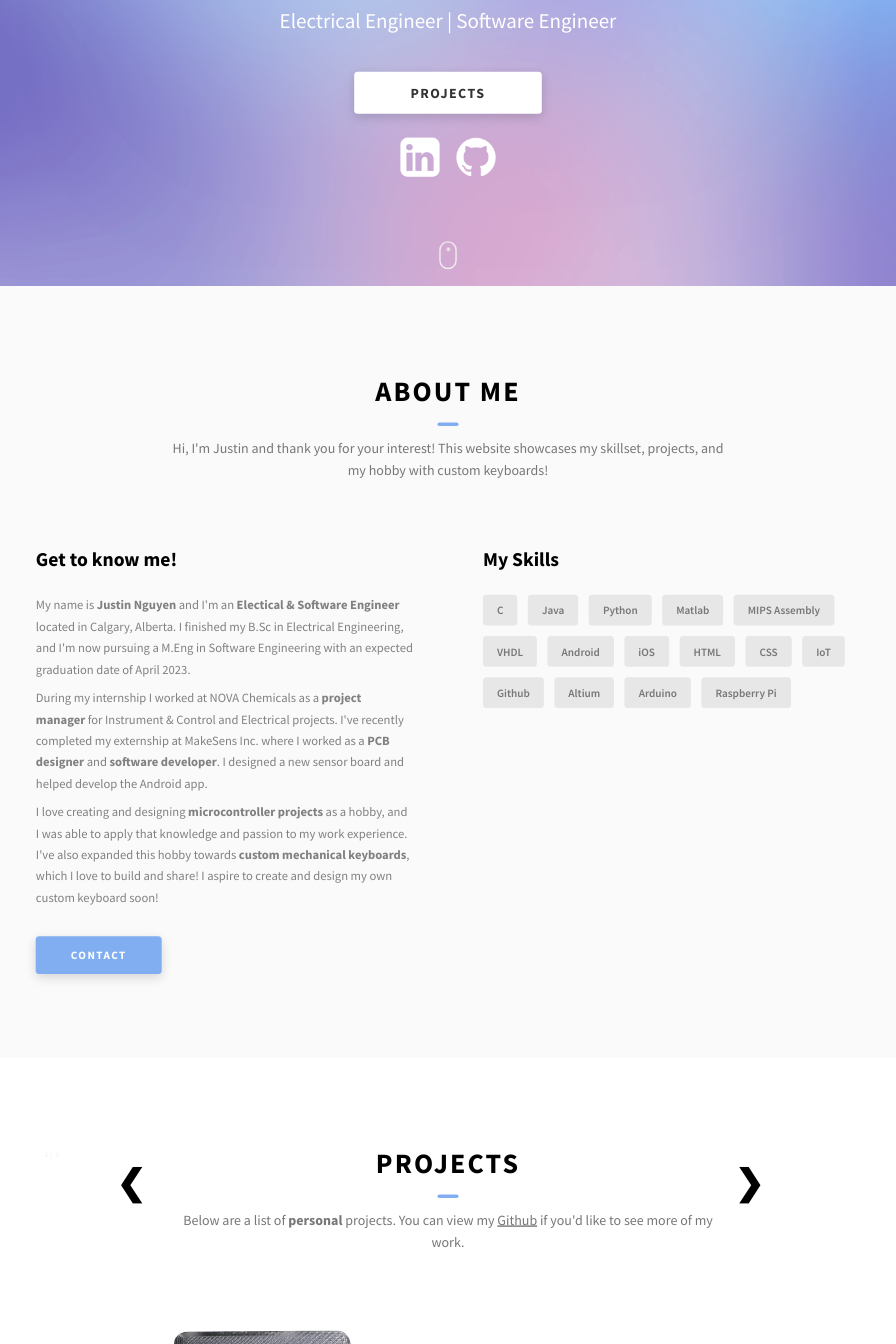
Repository: justinknguyen/Personal-Portfolio
Page: index.html
The author's editor kept a copy of each file at every save. The page is drawn from the files as they stood at one save, then again after the next save.
The browser window is 1280 px wide. The pictures show the part of the page from y = 391 to 2311 px (the page is 6076 px tall), at 70% of full size.
The style sheet was rebuilt from its Sass, Less or Tailwind sources for each picture, by a compiler version that may differ from the author's.

Above is the page before, as saved 2022-09-10 14:40:23.

After the next save:
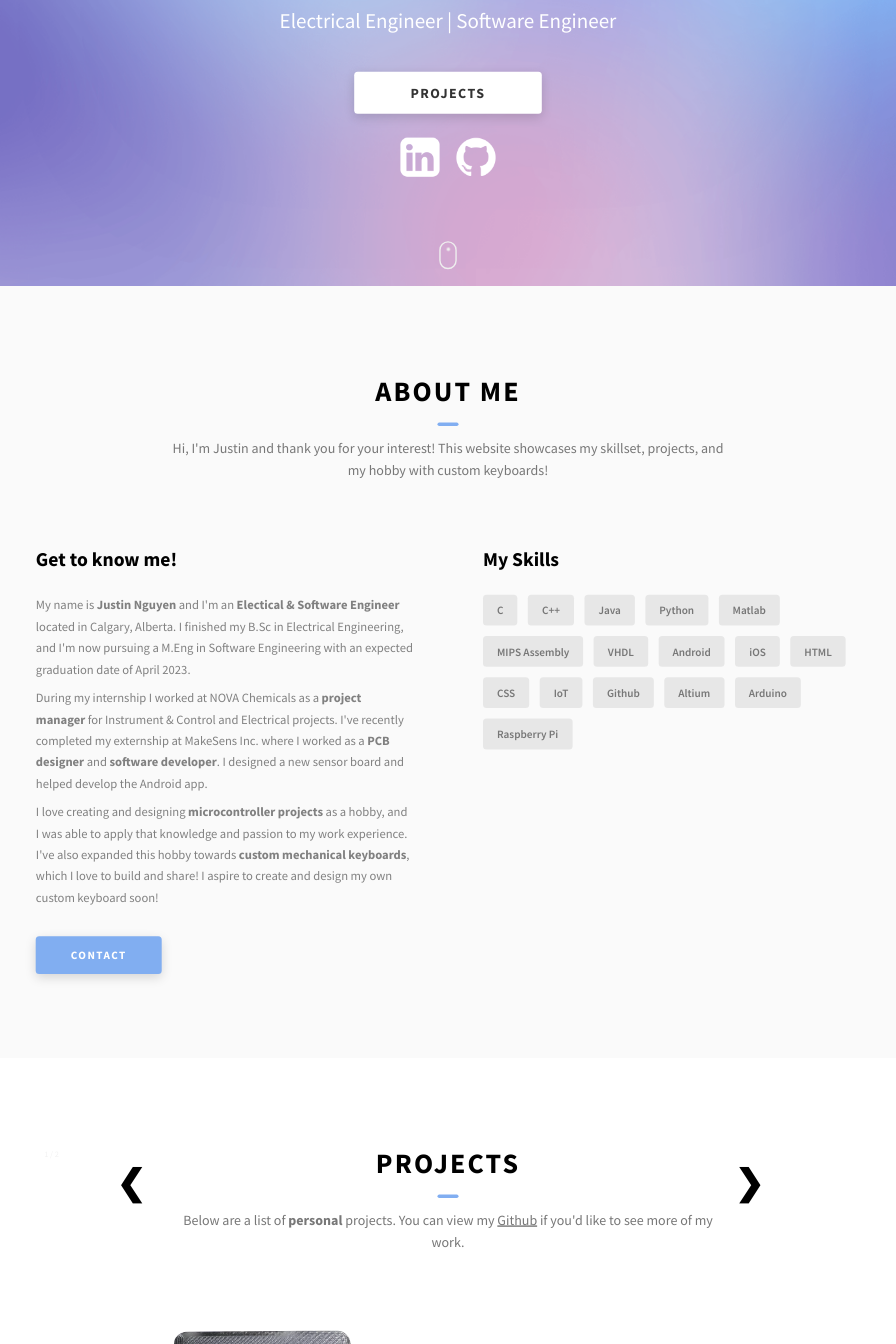
Saved 44 s later.
--- a/index.html
+++ b/index.html
@@ -191,6 +191,7 @@
             <h3 class="about__content-title">My Skills</h3>
             <div class="skills">
               <div class="skills__skill">C</div>
+              <div class="skills__skill">C++</div>
               <div class="skills__skill">Java</div>
               <div class="skills__skill">Python</div>
               <div class="skills__skill">Matlab</div>
